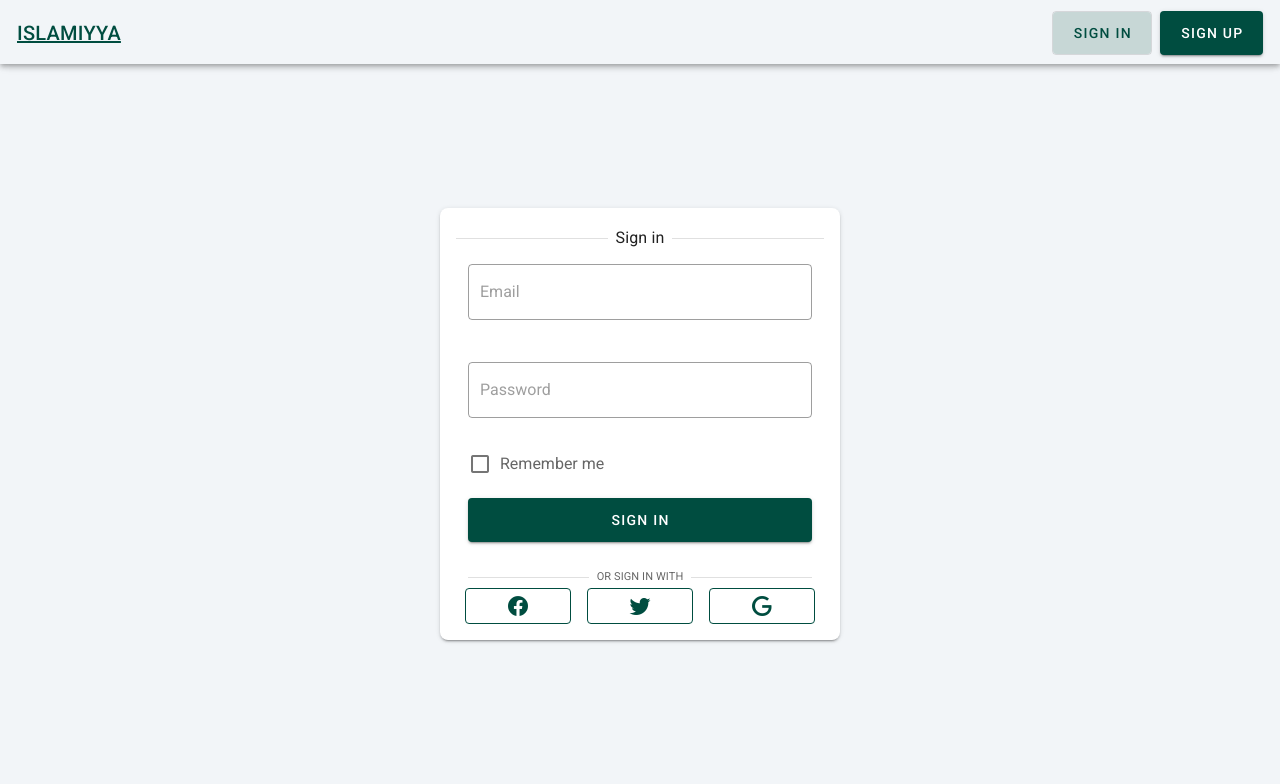
Repository: umarrg/islamiyya
Page: /about
The author's editor kept a copy of each file at every save. The page is drawn from the files as they stood at one save, then again after a run of saves.
The browser window is 1280 px wide. The pictures show the whole page.
The project was rebuilt for these pictures with package versions that can differ from the ones it lists, and the page was loaded fresh each time. Also part of the build but not shown: vue.config.js, src/components/Navbar.vue, src/views/Home.vue. Imported but missing from the stored project, and not drawn on this page: src/views/Hadith.vue.

Above is the page before, as saved 2021-07-02 14:14:49.

### src/main.js
import Vue from 'vue'
import App from './App.vue'
import vuetify from './plugins/vuetify'
import router from './router'
import store from './store'
import axios from 'axios'
import VueAxios from 'vue-axios'

Vue.use(VueAxios, axios)
Vue.config.productionTip = false

new Vue({
  vuetify,
  router,
  store,
  render: h => h(App)
}).$mount('#app')

### src/App.vue
<template>
  <v-app>
    <navbar v-if="$route.meta.showHeader == true"/>
    <Appbar v-else />
    <v-main>
      <router-view></router-view>
    </v-main>
  </v-app>
</template>

<script>
import Appbar from '../src/components/appbar.vue'
import navbar from '../src/components/Navbar'
export default {
  name: 'App',

  components: {
   navbar,
   Appbar,
  },

  data: () => ({
    //
  }),
};
</script>

### src/plugins/vuetify.js
import Vue from "vue";
import Vuetify from "vuetify/lib/framework";
import colors from "vuetify/lib/util/colors";
Vue.use(Vuetify);

export default new Vuetify({
  theme: {
    options: {
      themeCache: {
        get: (key) => localStorage.getItem(key),
        set: (key, value) => localStorage.setItem(key, value),
      },
    },
    themes: {
      light: {
        primary: colors.teal.darken4,
        secondary: colors.grey.darken4,

        error: colors.red.accent3,
        background: colors.grey.lighten4,
        info: colors.grey.lighten4,
      },
      dark: {
        primary: colors.teal.darken4,
        background: colors.grey.lighten4,
        secondary: colors.grey.lighten5,
        info: colors.teal.lighten1,

      },
    },
  },
});

### src/router/index.js
import Vue from "vue";
import VueRouter from "vue-router";
import Home from "../views/Home.vue";
import { auth } from '../firebase'

Vue.use(VueRouter);

const routes = [
  {
    path: "/",
    name: "Home",
    component: Home,
    meta: {
      showHeader: false,
    },
  },
  {
    path: "/about",
    name: "About",
    component: () => import("../views/About.vue"),
    meta: {
      showHeader: true,
      requiresAuth: true,
    },
  },

  {
    path: "/quran",
    name: "Quran",
    component: () => import("../views/Quran.vue"),
    meta: {
      showHeader: false,
    },
    children: [
      {
        path: "",
        name: "Quran",
        component: () => import("../components/quran.vue"),
        meta: {
          showHeader: true,
        },
      },
      {
        path: "/quran/:id",
        name: "QuranView",
        component: () => import("../components/quranView.vue"),
        meta: {
          showHeader: true,
        },
      },

    ],
  },

  {
    path: "/hadith",
    name: "Hadith",
    component: () => import("../views/Hadith.vue"),
    meta: {
      showHeader: true,
    },
  },
  {
    path: "/login",
    name: "Login",
    component: () => import("../views/Login.vue"),
    meta: {
      showHeader: false,
      showAppbar: true,
    },
  },
  {
    path: "/signUp",
    name: "Sign up",
    component: () => import("../views/signUp.vue"),
    meta: {
      showHeader: false,
      showAppbar: true,
    },
  },
];


const router = new VueRouter({
  mode: "history",
  base: process.env.BASE_URL,
  routes,
});


router.beforeEach((to, from, next) => {
  const requiresAuth = to.matched.some(x => x.meta.requiresAuth)

  if (requiresAuth && !auth.currentUser) {
    next('/login')
  } else {
    next()
  }
});

export default router;

### src/store/index.js
import Vue from "vue";
import Vuex from "vuex";
import * as fb from "../firebase";
import router from "../router/index";
Vue.use(Vuex);

export default new Vuex.Store({
  state: {
    userProfile: {},
  },
  mutations: {
    setUserProfile(state, val) {
      state.userProfile = val;
    },
  },
  actions: {
    async login({ dispatch }, form) {
      // sign user in
      const { user } = await fb.auth.signInWithEmailAndPassword(
        form.email,
        form.password
      );

      // fetch user profile and set in state
      dispatch("fetchUserProfile", user);
    },
    async signup({ dispatch }, form) {
      // sign user up
      const { user } = await fb.auth.createUserWithEmailAndPassword(
        form.email,
        form.password
      );

      // create user profile object in userCollections
      await fb.usersCollection.doc(user.uid).set({
        name: form.name,
      });

      // fetch user profile and set in state
      dispatch("fetchUserProfile", user);
    },
    async fetchUserProfile({ commit }, user) {
      // fetch user profile
      const userProfile = await fb.usersCollection.doc(user.uid).get();

      // set user profile in state
      commit("setUserProfile", userProfile.data());

      // change route to dashboard
      if (router.currentRoute.path === "/login") {
        router.push("/");
      }
        // change route to dashboard
        if (router.currentRoute.path === "/signUp") {
          router.push("/");
        }
    },
    async logout({ commit }) {
      await fb.auth.signOut();

      // clear userProfile and redirect to /login
      commit("setUserProfile", {});
      router.push("/login");
    },
  },
  modules: {},
});

### src/components/appbar.vue
<template>
  <v-app-bar color="#F2F5F8" app outlined>
    <v-app-bar-title class="text-h6"
      ><router-link to="/"> ISLAMIYYA</router-link>
    </v-app-bar-title>
    <v-spacer></v-spacer>
    <v-btn color="primary" outlined class="mx-2" large text to="/login"
      >Sign in</v-btn
    >
    <v-btn color="primary" large to="/signUp"  >Sign Up</v-btn>
  </v-app-bar>
</template>

### src/firebase.js
import firebase from "firebase/app";
import "firebase/auth";
import "firebase/firestore";
import "firebase/database";

var firebaseConfig = {
  apiKey: "AIzaSyA-mRKwao3P2zFQQP1HTUDnlO-ewwxWC1s",
  authDomain: "islamiyya-725d4.firebaseapp.com",
  projectId: "islamiyya-725d4",
  storageBucket: "islamiyya-725d4.appspot.com",
  messagingSenderId: "1078561834776",
  appId: "1:1078561834776:web:9c7875bf634a2e2b5b406d",
  measurementId: "G-GB4BW5WS77",
};
// Initialize Firebase
firebase.initializeApp(firebaseConfig);


// utils
const db = firebase.firestore();
const auth = firebase.auth();

// collection references
const usersCollection = db.collection("users");
const likesCollection = db.collection('likes')

// export utils/refs
export { db, auth, usersCollection, likesCollection };
export default firebase.database();

### src/views/Login.vue
<template>
  <v-app class="custom__bg">
    <v-container fill-height>
      <v-row align="center" justify="center">
        <div class="d-flex justify-center align-center"></div>
        <v-col cols="12" md="12">
          <div class="d-flex justify-center align-center">
            <v-card width="400" rounded="lg">
              <v-card-text>
                <div
                  class="d-flex align-center justify-center
                  "
                >
                  <v-divider></v-divider>
                  <span class="mx-2 subtitle-1 secondary--text">Sign in</span>
                  <v-divider></v-divider>
                </div>
                 <v-form  @submit.prevent ref="form">
                <v-col cols="12" md="12">
                  <v-text-field
                    outlined
                    placeholder="Email"
                    v-model="email"
                  ></v-text-field>
                </v-col>
                <v-col cols="12" md="12" class="py-0">
                  <v-text-field
                    outlined
                    placeholder="Password"
                    v-model="password"
                  ></v-text-field>
                </v-col>
                <v-col cols="12" md="12" class="py-0">
                  <v-checkbox
                    label="Remember me"
                    class="ma-0"
                    v-model="check"
                    value="check"
                  ></v-checkbox>
                </v-col>
                 </v-form>
                <v-col cols="12" md="12" class="py-0">
                  <v-btn
                    block
                    large
                    class="text-capitalise"
                    color="primary"
                    @click="signIn()"
                    >Sign In</v-btn
                  >
                </v-col>
                <v-col cols="12" md="12">
                  <div class="d-flex align-center justify-center">
                   <ForgotPassword  v-if="showPasswordReset" @close="togglePasswordReset()"/>
                  </div>
                </v-col>
                <v-col cols="12" md="12" class="py-0">
                  <div
                    class="d-flex align-center justify-center
                  "
                  >
                    <v-divider></v-divider>
                    <span class="mx-2 custom__t">OR SIGN IN WITH</span>
                    <v-divider></v-divider>
                  </div>
                </v-col>
                <v-col cols="12" md="12" class="py-0">
                  <div class="d-flex align-center justify-center text-wrap">
                    <v-btn
                      outlined
                      color="primary"
                      class="px-10 mx-2"
                      v-for="item in icon"
                      :key="item"
                    >
                      <v-icon> {{ item }}</v-icon>
                    </v-btn>
                  </div>
                </v-col>
              </v-card-text>
            </v-card>
          </div>
        </v-col>
      </v-row>
    </v-container>
  </v-app>
</template>

<script>
import ForgotPassword from "../components/forgotPassword.vue"
export default {
    components: {
        ForgotPassword,
    },
  data: () => ({
    icon: ["mdi-facebook", "mdi-twitter", "mdi-google"],
    email: "",
    password: "",
  }),
  methods: {
    signIn() {
      this.$store.dispatch("login", {
        email: this.email,
        password: this.password,
      });
    },
  },
};
</script>

<style scoped>
.custom__bg {
  background: #f2f5f8;
}

.custom__text {
  font-size: 12px;
  text-decoration-line: underline;
  color: blue;
}
.custom__t {
  font-size: 11px;
}
</style>

### src/components/forgotPassword.vue
<template>
  <v-dialog transition="dialog-bottom-transition" max-width="600">
    <template v-slot:activator="{ on, attrs }">
      <v-btn text small v-on="on" v-bind="attrs" class="custom__bt text-capitalise" color="blue">
        forgot password?
      </v-btn>
    </template>
    <template v-slot:default="dialog">
      <v-card>
        <v-toolbar color="blue" dark>Reset password</v-toolbar>
        <v-card-text v-if="!showSuccess">
       <v-form  @submit.prevent ref="form" >
           <v-text-field outlined placeholder="Enter your email" class="mt-5" v-model="email"></v-text-field>
       </v-form>
        <div class="d-flex align-center justify-center">
            <v-btn color="primary" large @click="resetPassword()" >Reset</v-btn>

        </div>
        </v-card-text>
        <p v-else>Success! Check your email for a reset link.</p>
        <v-card-actions class="justify-end">
          <v-btn text @click="dialog.value = false">Close</v-btn>
        </v-card-actions>
      </v-card>
    </template>
  </v-dialog>
</template>

<script>
import { auth } from '@/firebase'

export default {
  data() {
    return {
      email: '',
      showSuccess: false,
      errorMsg: "",
    }
  },
  methods: {
      async resetPassword() {
  this.errorMsg = ''

  try {
    await auth.sendPasswordResetEmail(this.email)
    this.showSuccess = true
  } catch (err) {
    this.errorMsg = err.message
  }
  }
  }}
</script>

<style scoped>
.custom__bt {
  text-decoration-line: underline;
}
</style>

Loaded but not shown: public/index.html (common file)

After the next 2 saves:
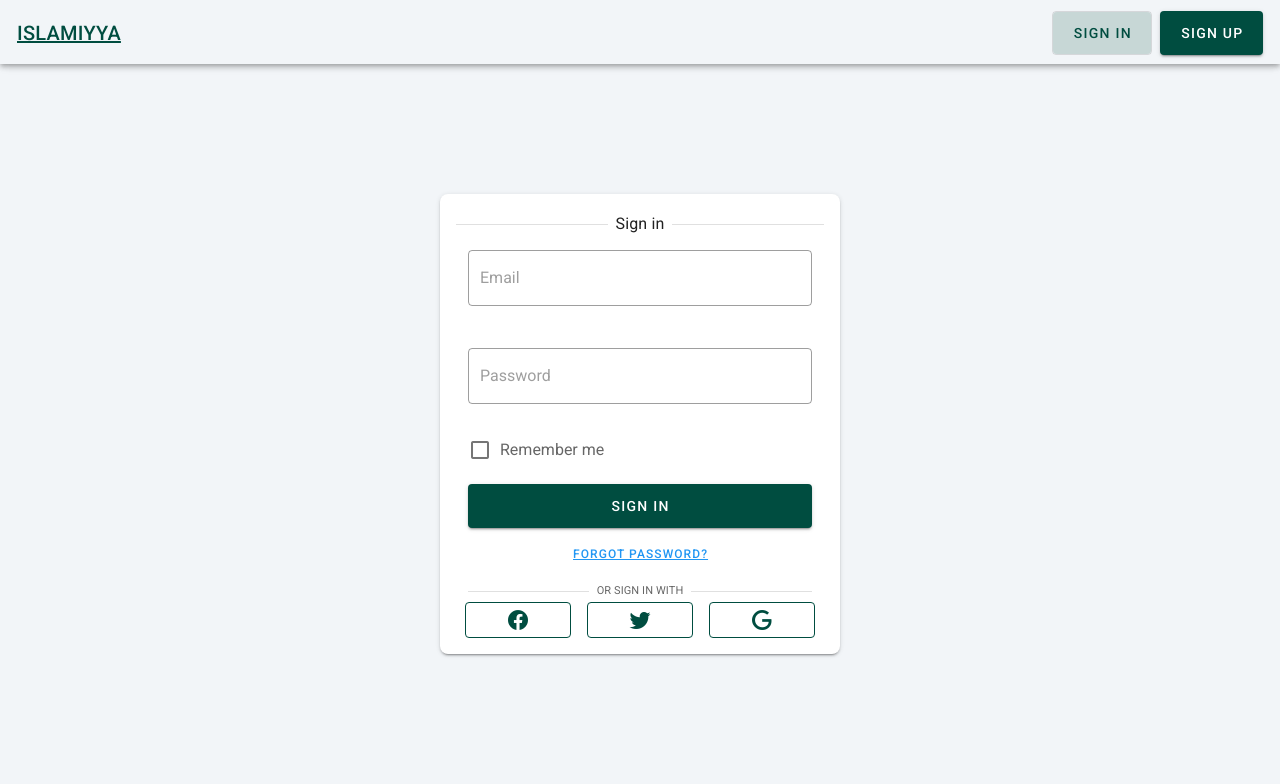
The 2 saves are shown as one change because they came seconds apart.
The last was saved 2 min 41 s later.
--- a/src/views/Login.vue
+++ b/src/views/Login.vue
@@ -51,7 +51,7 @@
                 </v-col>
                 <v-col cols="12" md="12">
                   <div class="d-flex align-center justify-center">
-                   <ForgotPassword  v-if="showPasswordReset" @close="togglePasswordReset()"/>
+                   <ForgotPassword  @close="togglePasswordReset()"/>
                   </div>
                 </v-col>
                 <v-col cols="12" md="12" class="py-0">
